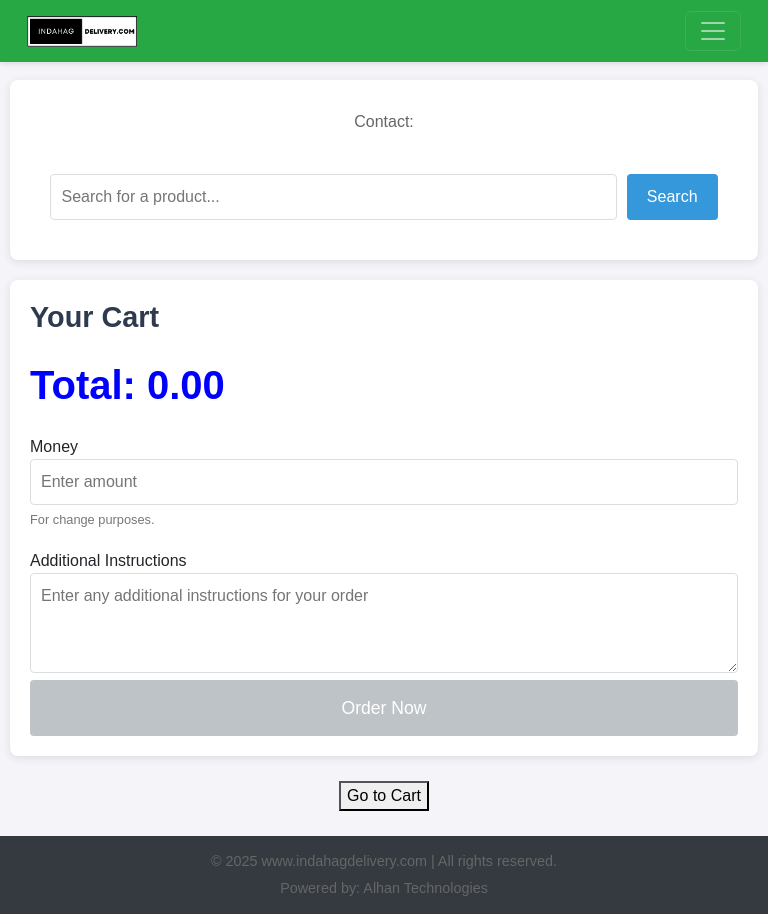
Repository: Jijiluzana225/indahagdelivery.com
Page: store/templates/store/store_products.html
An editor plug-in stored every save of this project. The page is shown before and after the next save, followed by the edit.
The browser window is 768 px wide. The pictures show the whole page.
The template is drawn by Django 5.2. The application's start-up code is not run. The template is opened directly, without the code that normally fills it, so the values that code supplies are empty.

Above is the page before, as saved 2025-01-23 11:55:32.

After the next save:
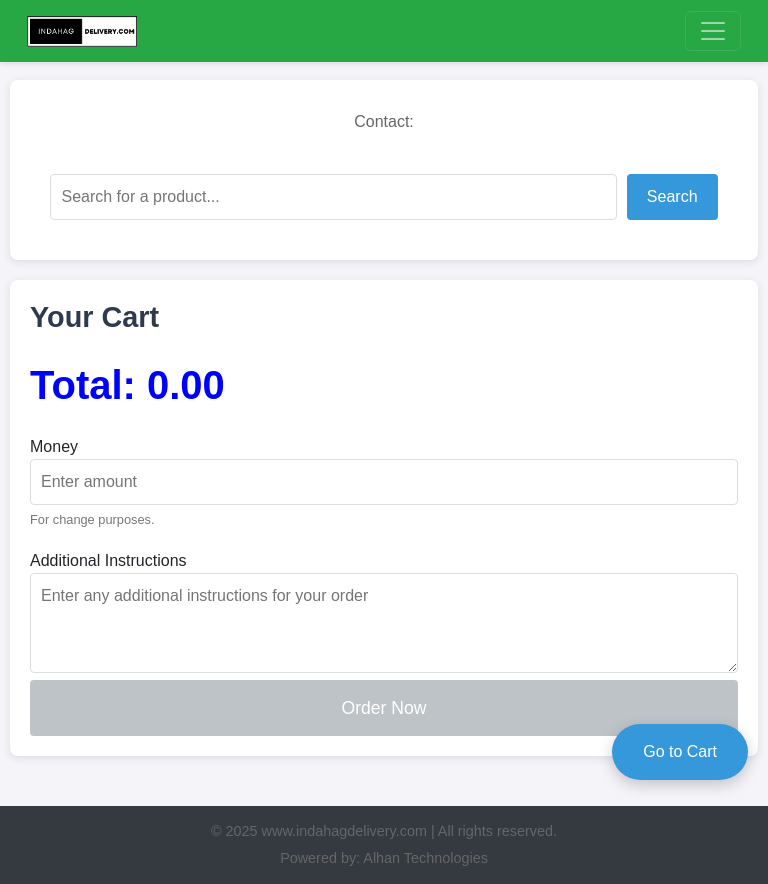
Saved 23 s later.
--- a/store/templates/store/store_products.html
+++ b/store/templates/store/store_products.html
@@ -340,6 +340,34 @@
         box-shadow: 0 2px 10px rgba(0, 0, 0, 0.1);
         transition: background-color 0.3s ease;
     }
+
+    /* Fixed Position Go to Cart Button */
+.go-to-cart {
+    position: fixed;
+    bottom: 20px;
+    right: 20px;
+    background-color: #3498db;
+    padding: 15px 25px;
+    border-radius: 50px;
+    color: white;
+    font-size: 1rem;
+    box-shadow: 0 5px 15px rgba(0, 0, 0, 0.2);
+    cursor: pointer;
+    z-index: 1000;
+}
+
+.go-to-cart button {
+    background-color: transparent;
+    border: none;
+    color: white;
+    font-size: 1rem;
+    cursor: pointer;
+}
+
+.go-to-cart button:hover {
+    background-color: #2980b9;
+}
+
 
 
 }
